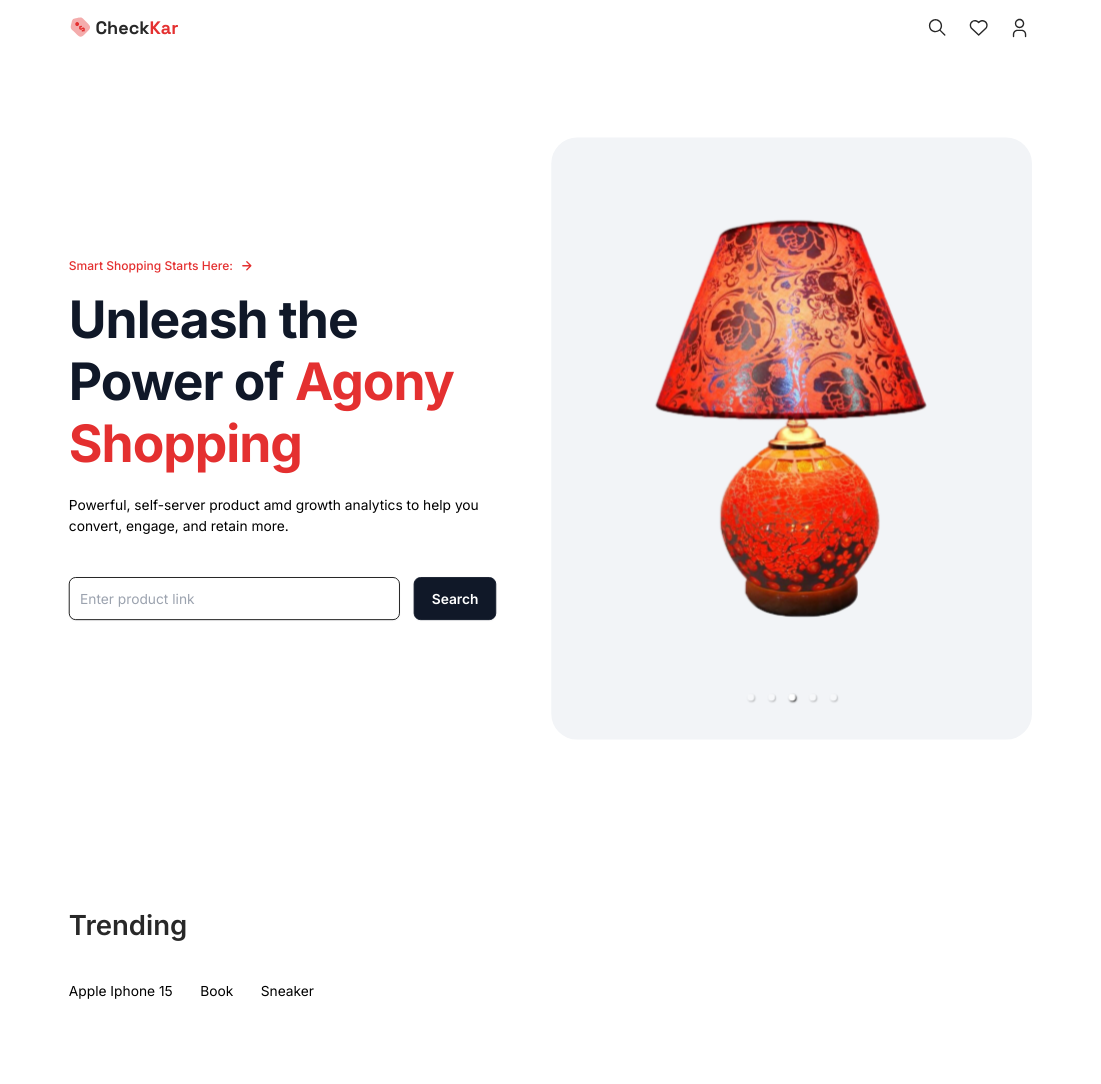
Repository: sahildhargave/price_compare
Page: /
These files come from the project's save history. The page is drawn as it stood at one moment and after the next save; the edit follows.
The browser window is 1280 px wide. The pictures show the whole page, at 86% of full size.
The project was rebuilt for these pictures with package versions that can differ from the ones it lists, and the page was loaded fresh each time. The framework's server and built-in components were replaced by stand-ins that run in the browser. Also part of the build but not shown: next.config.js.

Above is the page before, as saved 2023-12-18 14:34:16.

### app/layout.tsx
import type { Metadata } from 'next'
import { Inter , Space_Grotesk} from 'next/font/google'
import './globals.css'
import Navbar from '@/components/Navbar'

const inter = Inter({ subsets: ['latin'] })
const spaceGrotesk = Space_Grotesk({
	subsets: ['latin'], weight: ['300','400','500','600','700']
})
export const metadata: Metadata = {
  title: 'WebScrapping',
  description: 'Comparing Product Price',
}

export default function RootLayout({
  children,
}: {
  children: React.ReactNode
}) {
  return (
    <html lang="en">
      <body className={inter.className}>
		<main className='max-w-10xl mx-auto'>
			<Navbar/>
			{children}
		</main>
		</body>
    </html>
  )
}

### app/page.tsx
import React from 'react'
import Image from 'next/image'
import Searchbar from '@/components/Searchbar'
import HeroCarousel from '@/components/HeroCarousel'

const Home = () => {
	//const allProduct = await getAppProducts();

  return (
	<>
    <section className="px-6 md:px-20 py-24
	">
		<div className="flex max-xl:flex-col gap-16">
			<div className='flex flex-col justify-center'>
				<p className='small-text'>
					Smart Shopping Starts Here:
					<Image
					src="/assets/icons/arrow-right.svg"
                    alt="arrow-right"
					width={16}
					height={16}

					/>
				</p>

				<h1 className='head-text'>
					Unleash the Power of {" "}
					<span className='text-primary'>Agony Shopping</span>
				</h1>
				<p className='mt-6'>
					Powerful, self-server product amd growth analytics to help you convert, engage, and retain more.
				</p>
				<Searchbar/>
			</div>
           <HeroCarousel/>
		</div>


		</section>
		<section className='trending-section'>
			<h2 className='section-text'>Trending</h2>

			<div className='flex flex-wrap gap-x-8 gap-y-16'>
				{['Apple Iphone 15', 'Book', 'Sneaker'].map
				((product) => (
					<div>{product}</div>
				))
				}
			</div>
		</section>
	</>
  )
}

export default Home

### components/Navbar.tsx
import Link from 'next/link'
import React from 'react'
import Image from 'next/image'


const navIcons =[
	{src:'/assets/icons/search.svg', alt: 'search'},
	{src:'/assets/icons/black-heart.svg', alt: 'heart'},
	{src:'/assets/icons/user.svg', alt: 'user'},

]
const Navbar = () => {
  return (
	<header className='w-full'>
    <nav className='nav'>
     <Link href="/" className='flex items-center gap-1'>
		<Image
		src="/assets/icons/logo.svg"
		width={27}
		height={27}
		alt="logo"
		/>
		<p className='nav-logo'>
			Check<span className='text-primary'>Kar</span>

		</p>
		</Link>
		<div className='flex items-center gap-5'>
        {navIcons.map((icon) => (
			<Image
			key={icon.alt}
			src={icon.src}
			alt={icon.alt}
			width={28}
			height={28}
			className='object-contain'
			/>
		))}
		</div>


	</nav>
	</header>

  )
}

//
//import {
//  Navbar,
//  MobileNav,
//  Typography,
//  Button,
//  Menu,
//  MenuHandler,
//  MenuList,
//  MenuItem,
//  Avatar,
//  Card,
//  IconButton,
//} from "@material-tailwind/react";
//import {
//  CubeTransparentIcon,
//  UserCircleIcon,
//  CodeBracketSquareIcon,
//  Square3Stack3DIcon,
//  ChevronDownIcon,
//  Cog6ToothIcon,
//  InboxArrowDownIcon,
//  LifebuoyIcon,
//  PowerIcon,
//  RocketLaunchIcon,
//  Bars2Icon,
//} from "@heroicons/react/24/solid";
//
//// profile menu component
//const profileMenuItems = [
//  {
//    label: "My Profile",
//    icon: UserCircleIcon,
//  },
//  {
//    label: "Edit Profile",
//    icon: Cog6ToothIcon,
//  },
//  {
//    label: "Inbox",
//    icon: InboxArrowDownIcon,
//  },
//  {
//    label: "Help",
//    icon: LifebuoyIcon,
//  },
//  {
//    label: "Sign Out",
//    icon: PowerIcon,
//  },
//];
//
//function ProfileMenu() {
//  const [isMenuOpen, setIsMenuOpen] = React.useState(false);
//
//  const closeMenu = () => setIsMenuOpen(false);
//
//  return (
//    <Menu open={isMenuOpen} handler={setIsMenuOpen} placement="bottom-end">
//      <MenuHandler>
//        <Button
//          variant="text"
//          color="blue-gray"
//          className="flex items-center gap-1 rounded-full py-0.5 pr-2 pl-0.5 lg:ml-auto"
//        >
//          <Avatar
//            variant="circular"
//            size="sm"
//            alt="tania andrew"
//            className="border border-gray-900 p-0.5"
//            src="https://images.unsplash.com/photo-1633332755192-727a05c4013d?ixlib=rb-1.2.1&ixid=MnwxMjA3fDB8MHxwaG90by1wYWdlfHx8fGVufDB8fHx8&auto=format&fit=crop&w=1480&q=80"
//          />
//          <ChevronDownIcon
//            strokeWidth={2.5}
//            className={`h-3 w-3 transition-transform ${
//              isMenuOpen ? "rotate-180" : ""
//            }`}
//          />
//        </Button>
//      </MenuHandler>
//      <MenuList className="p-1">
//        {profileMenuItems.map(({ label, icon }, key) => {
//          const isLastItem = key === profileMenuItems.length - 1;
//          return (
//            <MenuItem
//              key={label}
//              onClick={closeMenu}
//              className={`flex items-center gap-2 rounded ${
//                isLastItem
//                  ? "hover:bg-red-500/10 focus:bg-red-500/10 active:bg-red-500/10"
//                  : ""
//              }`}
//            >
//              {React.createElement(icon, {
//                className: `h-4 w-4 ${isLastItem ? "text-red-500" : ""}`,
//                strokeWidth: 2,
//              })}
//              <Typography
//                as="span"
//                variant="small"
//                className="font-normal"
//                color={isLastItem ? "red" : "inherit"}
//              >
//                {label}
//              </Typography>
//            </MenuItem>
//          );
//        })}
//      </MenuList>
//    </Menu>
//  );
//}
//
//// nav list menu
//const navListMenuItems = [
//  {
//    title: "@material-tailwind/html",
//    description:
//      "Learn how to use @material-tailwind/html, packed with rich components and widgets.",
//  },
//  {
//    title: "@material-tailwind/react",
//    description:
//      "Learn how to use @material-tailwind/react, packed with rich components for React.",
//  },
//  {
//    title: "Material Tailwind PRO",
//    description:
//      "A complete set of UI Elements for building faster websites in less time.",
//  },
//];
//
//function NavListMenu() {
//  const [isMenuOpen, setIsMenuOpen] = React.useState(false);
//
//  const renderItems = navListMenuItems.map(({ title, description }) => (
//    <a href="#" key={title}>
//      <MenuItem>
//        <Typography variant="h6" color="blue-gray" className="mb-1">
//          {title}
//        </Typography>
//        <Typography variant="small" color="gray" className="font-normal">
//          {description}
//        </Typography>
//      </MenuItem>
//    </a>
//  ));
//
//  return (
//    <React.Fragment>
//      <Menu allowHover open={isMenuOpen} handler={setIsMenuOpen}>
//        <MenuHandler>
//          <Typography as="a" href="#" variant="small" className="font-normal">
//            <MenuItem className="hidden items-center gap-2 font-medium text-blue-gray-900 lg:flex lg:rounded-full">
//              <Square3Stack3DIcon className="h-[18px] w-[18px] text-blue-gray-500" />{" "}
//              Pages{" "}
//              <ChevronDownIcon
//                strokeWidth={2}
//                className={`h-3 w-3 transition-transform ${
//                  isMenuOpen ? "rotate-180" : ""
//                }`}
//              />
//            </MenuItem>
//          </Typography>
//        </MenuHandler>
//        <MenuList className="hidden w-[36rem] grid-cols-7 gap-3 overflow-visible lg:grid">
//          <Card
//            color="blue"
//            shadow={false}
//            variant="gradient"
//            className="col-span-3 grid h-full w-full place-items-center rounded-md"
//          >
//            <RocketLaunchIcon strokeWidth={1} className="h-28 w-28" />
//          </Card>
//          <ul className="col-span-4 flex w-full flex-col gap-1">
//            {renderItems}
//          </ul>
//        </MenuList>
//      </Menu>
//      <MenuItem className="flex items-center gap-2 font-medium text-blue-gray-900 lg:hidden">
//        <Square3Stack3DIcon className="h-[18px] w-[18px] text-blue-gray-500" />{" "}
//        Pages{" "}
//      </MenuItem>
//      <ul className="ml-6 flex w-full flex-col gap-1 lg:hidden">
//        {renderItems}
//      </ul>
//    </React.Fragment>
//  );
//}
//
//// nav list component
//const navListItems = [
//  {
//    label: "Account",
//    icon: UserCircleIcon,
//  },
//  {
//    label: "Blocks",
//    icon: CubeTransparentIcon,
//  },
//  {
//    label: "Docs",
//    icon: CodeBracketSquareIcon,
//  },
//];
//
//function NavList() {
//  return (
//    <ul className="mt-2 mb-4 flex flex-col gap-2 lg:mb-0 lg:mt-0 lg:flex-row lg:items-center">
//      <NavListMenu />
//      {navListItems.map(({ label, icon }, key) => (
//        <Typography
//          key={label}
//          as="a"
//          href="#"
//          variant="small"
//          color="gray"
//          className="font-medium text-blue-gray-500"
//        >
//          <MenuItem className="flex items-center gap-2 lg:rounded-full">
//            {React.createElement(icon, { className: "h-[18px] w-[18px]" })}{" "}
//            <span className="text-gray-900"> {label}</span>
//          </MenuItem>
//        </Typography>
//      ))}
//    </ul>
//  );
//}
//
//export function ComplexNavbar() {
//  const [isNavOpen, setIsNavOpen] = React.useState(false);
//
//  const toggleIsNavOpen = () => setIsNavOpen((cur) => !cur);
//
//  React.useEffect(() => {
//    window.addEventListener(
//      "resize",
//      () => window.innerWidth >= 960 && setIsNavOpen(false),
//    );
//  }, []);
//
//  return (
//    <Navbar className="mx-auto max-w-screen-xl p-2 lg:rounded-full lg:pl-6">
//      <div className="relative mx-auto flex items-center justify-between text-blue-gray-900">
//        <Typography
//          as="a"
//          href="#"
//          className="mr-4 ml-2 cursor-pointer py-1.5 font-medium"
//        >
//          Material Tailwind
//        </Typography>
//        <div className="hidden lg:block">
//          <NavList />
//        </div>
//        <IconButton
//          size="sm"
//          color="blue-gray"
//          variant="text"
//          onClick={toggleIsNavOpen}
//          className="ml-auto mr-2 lg:hidden"
//        >
//          <Bars2Icon className="h-6 w-6" />
//        </IconButton>
//
//        <Button size="sm" variant="text">
//          <span>Log In</span>
//        </Button>
//        <ProfileMenu />
//      </div>
//      <MobileNav open={isNavOpen} className="overflow-scroll">
//        <NavList />
//      </MobileNav>
//    </Navbar>
//  );
//}
//
export default Navbar

### components/Searchbar.tsx
"use client";

import React from 'react'


const Searchbar = () => {

	const handleSubmit = () => {}
  return (
	<form className='flex flex-wrap gap-4 mt-12'
	onSubmit={handleSubmit}
	>
		<input
		type="text"
		placeholder='Enter product link'
		className='searchbar-input border-black focus:ring-blue-500 focus:border-blue-500 dark:bg-gray-700 dark:border-gray-600 dark:placeholder-gray-400 dark:text-white dark:focus:ring-blue-500 dark:focus:border-blue-500'
		/>
		<button type="submit" className='searchbar-btn '>
			Search
		</button>

	</form>
  )
}

export default Searchbar

### components/HeroCarousel.tsx
"use client";

import React from 'react'
import "react-responsive-carousel/lib/styles/carousel.min.css";
import { Carousel } from 'react-responsive-carousel';
import Image from 'next/image';
const heroImage =[
	{ imgUrl: '/assets/images/hero-1.svg', alt: 'smartwatch' },
	{ imgUrl: '/assets/images/hero-2.svg', alt: 'bag'},
	{ imgUrl: '/assets/images/hero-3.svg', alt: 'lamp'},
	{ imgUrl: '/assets/images/hero-4.svg', alt: 'air fryer'},
	{ imgUrl: '/assets/images/hero-5.svg', alt: 'chair'},
]
const HeroCarousel = () => {
  return (
	  <div className='hero-carousel'>
		 <Carousel
	   showThumbs={false}
	   autoPlay
	   infiniteLoop
	   interval={2000}
	   showArrows={false}
	   showStatus={false}
	   >
        { heroImage.map((image) => (
			<Image
			src={image.imgUrl}
			alt={image.alt}
			width={484}
			height={484}
			className="object-contain"
			key={image.alt}
			/>
		))}
       </Carousel>
	  </div>
  )
}

export default HeroCarousel

### tailwind.config.ts
/** @type {import('tailwindcss').Config} */
module.exports = {
  content: [
    "./pages/**/*.{js,ts,jsx,tsx,mdx}",
    "./components/**/*.{js,ts,jsx,tsx,mdx}",
    "./app/**/*.{js,ts,jsx,tsx,mdx}",
  ],
  theme: {
    extend: {
      colors: {
        primary: {
          DEFAULT: "#E43030",
          "orange": "#D48D3B",
          "green": "#3E9242"
        },
        secondary: "#282828",
        "gray-200": "#EAECF0",
        "gray-300": "D0D5DD",
        "gray-500": "#667085",
        "gray-600": "#475467",
        "gray-700": "#344054",
        "gray-900": "#101828",
        "white-100": "#F4F4F4",
        "white-200": "#EDF0F8",
        "black-100": "#3D4258",
        "neutral-black": "#23263B",
      },
      boxShadow: {
        xs: "0px 1px 2px 0px rgba(16, 24, 40, 0.05)",
      },
      maxWidth: {
        "10xl": '1440px'
      },
      fontFamily: {
        inter: ['Inter', 'sans-serif'],
        spaceGrotesk: ['Space Grotesk', 'sans-serif'],
      },
      borderRadius: {
        10: "10px"
      }
    },
  },
  plugins: [],
};/** @type {import('tailwindcss').Config} */
module.exports = {
  content: [
    "./pages/**/*.{js,ts,jsx,tsx,mdx}",
    "./components/**/*.{js,ts,jsx,tsx,mdx}",
    "./app/**/*.{js,ts,jsx,tsx,mdx}",
  ],
  theme: {
    extend: {
      colors: {
        primary: {
          DEFAULT: "#E43030",
          "orange": "#D48D3B",
          "green": "#3E9242"
        },
        secondary: "#282828",
        "gray-200": "#EAECF0",
        "gray-300": "D0D5DD",
        "gray-500": "#667085",
        "gray-600": "#475467",
        "gray-700": "#344054",
        "gray-900": "#101828",
        "white-100": "#F4F4F4",
        "white-200": "#EDF0F8",
        "black-100": "#3D4258",
        "neutral-black": "#23263B",
      },
      boxShadow: {
        xs: "0px 1px 2px 0px rgba(16, 24, 40, 0.05)",
      },
      maxWidth: {
        "10xl": '1440px'
      },
      fontFamily: {
        inter: ['Inter', 'sans-serif'],
        spaceGrotesk: ['Space Grotesk', 'sans-serif'],
      },
      borderRadius: {
        10: "10px"
      }
    },
  },
  plugins: [],
};/** @type {import('tailwindcss').Config} */
module.exports = {
  content: [
    "./pages/**/*.{js,ts,jsx,tsx,mdx}",
    "./components/**/*.{js,ts,jsx,tsx,mdx}",
    "./app/**/*.{js,ts,jsx,tsx,mdx}",
  ],
  theme: {
    extend: {
      colors: {
        primary: {
          DEFAULT: "#E43030",
          "orange": "#D48D3B",
          "green": "#3E9242"
        },
        secondary: "#282828",
        "gray-200": "#EAECF0",
        "gray-300": "D0D5DD",
        "gray-500": "#667085",
        "gray-600": "#475467",
        "gray-700": "#344054",
        "gray-900": "#101828",
        "white-100": "#F4F4F4",
        "white-200": "#EDF0F8",
        "black-100": "#3D4258",
        "neutral-black": "#23263B",
      },
      boxShadow: {
        xs: "0px 1px 2px 0px rgba(16, 24, 40, 0.05)",
      },
      maxWidth: {
        "10xl": '1440px'
      },
      fontFamily: {
        inter: ['Inter', 'sans-serif'],
        spaceGrotesk: ['Space Grotesk', 'sans-serif'],
      },
      borderRadius: {
        10: "10px"
      }
    },
  },
  plugins: [],
};

Loaded but not shown: app/globals.css (common file)

After the next save:
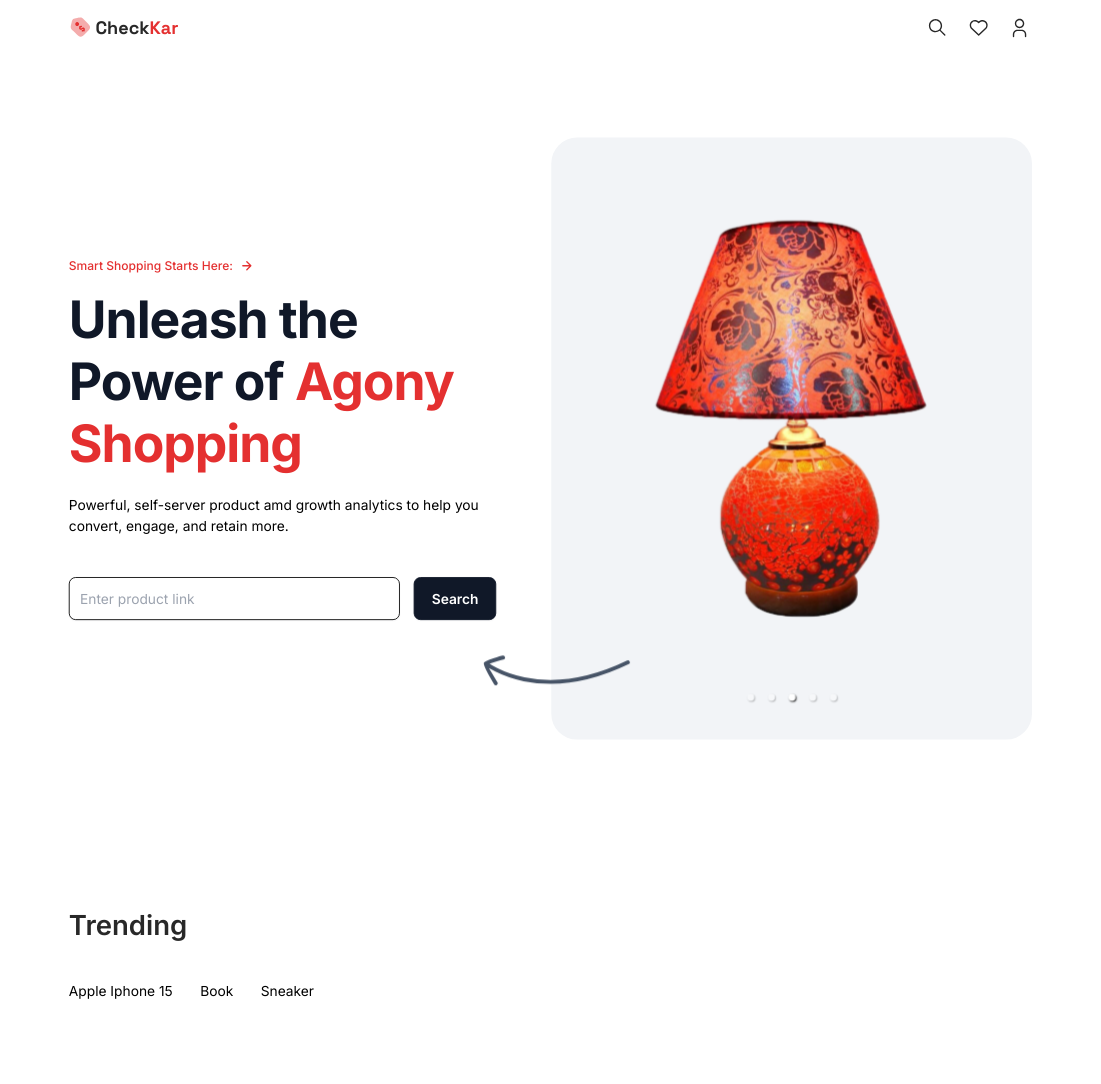
Saved 74 min 9 s later.
--- a/components/HeroCarousel.tsx
+++ b/components/HeroCarousel.tsx
@@ -33,6 +33,14 @@
 			/>
 		))}
        </Carousel>
+	   <Image
+	   src="assets/icons/hand-drawn-arrow.svg"
+	   alt="arrow"
+	   width={175}
+	   height={175}
+	   className="max-xl:hidden absolute -left-[15%] bottom-0
+	   z-0"
+	   />
 	  </div>
   )
 }
